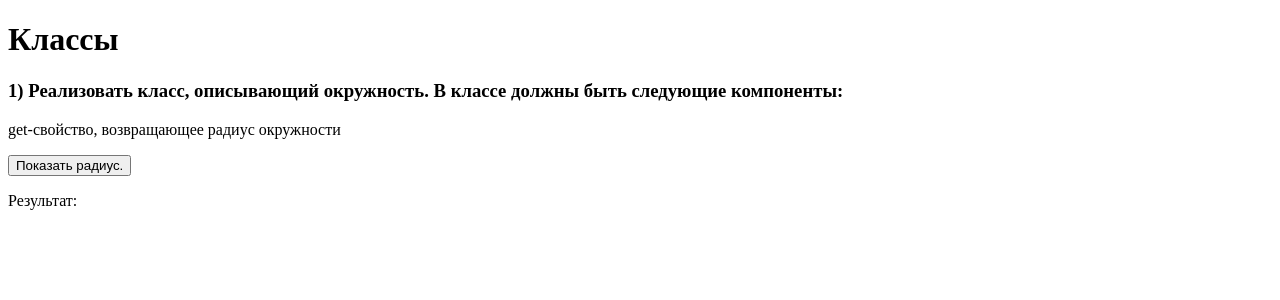
Repository: NastyaGavrilova/Beetroot-js
Page: HW6/index.html
An editor plug-in stored every save of this project. The page is shown before and after the next save, followed by the edit.
The browser window is 1280 px wide. The pictures show the whole page.
After loading, the first visible `#js-task1-btn1` was clicked once.

Above is the page before, as saved 2021-10-24 17:03:28.

### HW6/index.html
<!DOCTYPE html>
<html lang="en">
  <head>
    <meta charset="UTF-8" />
    <meta http-equiv="X-UA-Compatible" content="IE=edge" />
    <meta name="viewport" content="width=device-width, initial-scale=1.0" />
    <title>Classes</title>
  </head>
  <body>
    <h1>Классы</h1>
    <section class="c-task1">
      <div class="c-task1__wrapper">
        <div class="c-task1__title">
          <h3 class="e-title">
            1) Реализовать класс, описывающий окружность. В классе должны быть
            следующие компоненты:
          </h3>
        </div>
        <div class="-task1__paragraph">
          <p class="e-paragraph">
            get-свойство, возвращающее радиус окружности
          </p>
        </div>
        <button id="js-task1-btn1">Показать радиус.</button>
        <div class="-task1__paragraph">
          <p class="e-paragraph">
            Результат: <span id="js-task1-span1"></span>
          </p>
        </div>
        <!-- <div class="-task1__paragraph">
          <p class="e-paragraph">
            set-свойство, устанавливающее радиус окружности
          </p>
        </div>
        <form action="#" class="c-task1__form" method="get">
          <div class="c-form__wrapper">
            <input
              type="number"
              id="js-task1-input1"
              placeholder="радиус окружности"
            />
            <button id="js-task1-btn2">Установить радиус.</button>
          </div>
        </form>
        <div class="-task1__paragraph">
          <p class="e-paragraph">
            Результат: <span id="js-task1-span2"></span>
          </p> -->
        <!-- </div> -->
      </div>
    </section>

    <script src="./js/circle.js"></script>
  </body>
</html>

### HW6/js/circle.js
class Circle {
  constructor(radius) {
    this.radius = radius;
  }

  get showRadius() {
    return `Радиус = ${this.radius}`;
  }

  set showRadius(newValue) {
    [this.radius] = newValue;
  }

  get showDiametr() {
    return `Диаметр = ${this.radius * 2}`;
  }

  squareCircle(spanEl) {
    let square = Math.PI * Math.pow(this.radius, 2);
    return (spanEl.innerHtml = `Площадь круга = ${square}`);
  }
  lengthCircle(spanEl) {
    let lenCircle = 2 * Math.PI * this.radius;
    return (spanEl.innerHtml = `Длина окружности = ${lenCircle}`);
  }
}

let circle = new Circle(4);
let getRadius = document.getElementById("js-task1-btn1");
getRadius.addEventListener("click", (e) => {
  e.preventDefault();
  let result = document.getElementById("js-task1-span1");
  console.log(circle.showRadius);
  return (result.innerHtml = circle.showRadius);
});

After the next save:
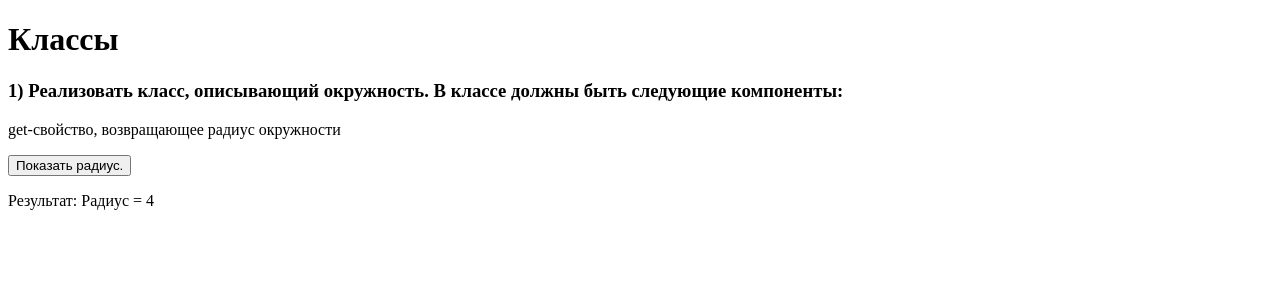
Saved 16 s later.
--- a/HW6/js/circle.js
+++ b/HW6/js/circle.js
@@ -30,6 +30,6 @@ let getRadius = document.getElementById("js-task1-btn1");
 getRadius.addEventListener("click", (e) => {
   e.preventDefault();
   let result = document.getElementById("js-task1-span1");
-  console.log(circle.showRadius);
-  return (result.innerHtml = circle.showRadius);
+  // console.log(circle.showRadius);
+  return (result.innerHTML = circle.showRadius);
 });
